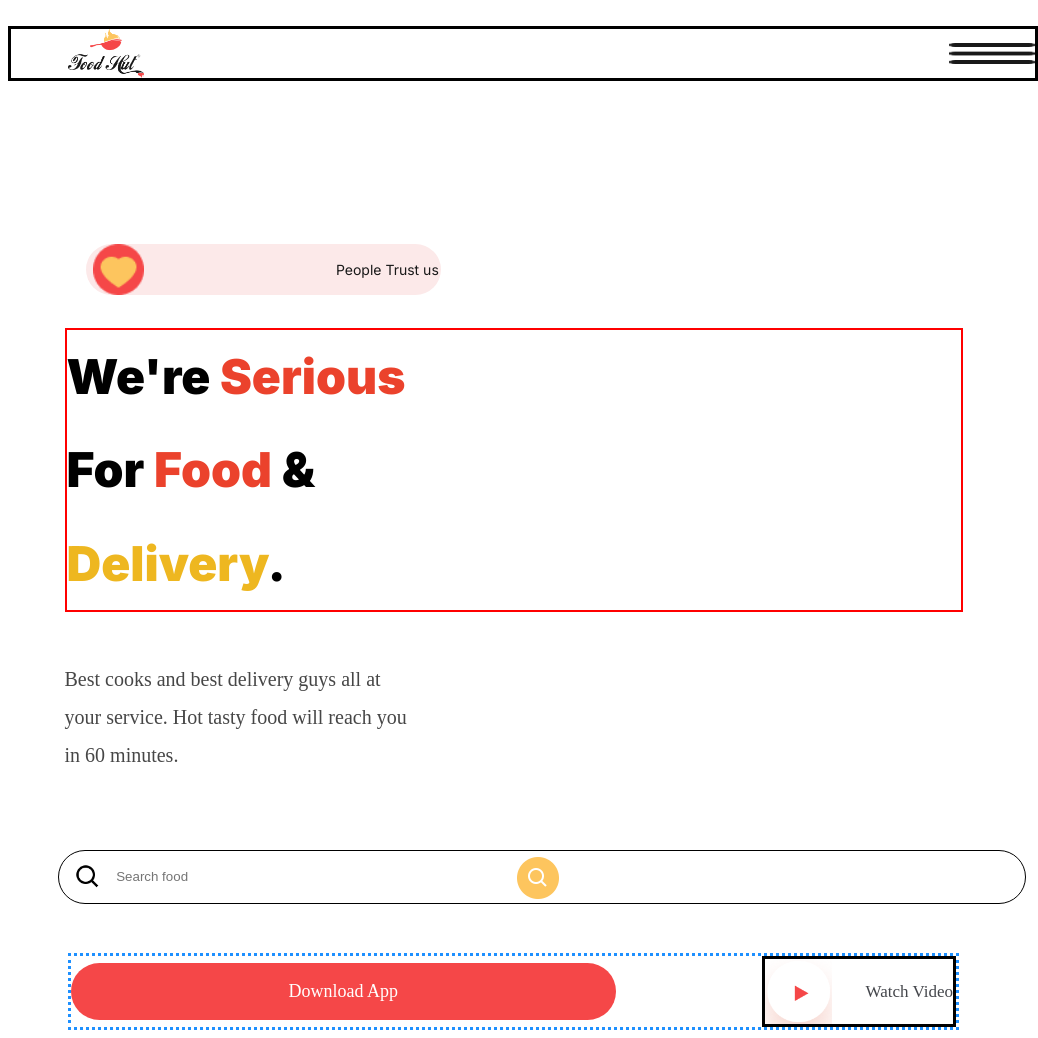
Repository: ReyhanehRahmani/Food-Hut
Page: FoodHut.html
These files come from the project's save history. The page is drawn as it stood at one moment and after the next save; the edit follows.
The browser window is 1024 px wide. The page is 1038 px wide, so the pictures cover 1038 px, including what lies to the right of the window. The pictures show the whole page.
Some web fonts or font styles are not loaded; a fallback is used.

Above is the page before, as saved 2025-05-29 00:08:50.

### FoodHut.html
<!DOCTYPE html>

<html lang="en">

    <head>

    <meta name="viewport" content="width=device-width, initial-scale=1.0" />

        <title>Food Hut</title>

        <link rel="icon" type="image/jpg" href="favicon.png">

        <link rel="preconnect" href="https://fonts.googleapis.com">

        <link rel="stylesheet" href="FoodHut.css">

        <link rel="preconnect" href="https://fonts.googleapis.com">

        <link rel="preconnect" href="https://fonts.gstatic.com" crossorigin>

        <link href="https://fonts.googleapis.com/css2?family=Inter:ital,opsz,wght@0,14..32,100..900;1,14..32,100..900&display=swap" rel="stylesheet">

        <link rel="preconnect" href="https://fonts.googleapis.com">

        <link rel="preconnect" href="https://fonts.gstatic.com" crossorigin>

        <link href="https://fonts.googleapis.com/css2?family=Sofia+Sans:ital,wght@0,1..1000;1,1..1000&display=swap" rel="stylesheet">

    </head>

    <body>

        <div class="headh">
            <img src="favicon.png" alt="Food Hut logo" class="FoodHutLogo">

            <div class="navlaptop">
                    <p class="mm">Today special offers</p>
                    <p class="mm">Why FoodHut</p>
                    <p class="mm">Our Menu</p>
                    <p class="mm">Our Popular food</p>

            </div>
            <div class="downloadbt"><p>Download App</p></div>
            <img src="slider.png" id="slider">
        </div>



        <div class="maincontainer">
            <div class="container1">

                <div id="HeartBox">
                    <img id="Heart" src="ghalb.png" style="margin-left: 3px;" >
                    <p id="trust">People Trust us</p>
                </div>

                <p id="BigBox1">
                    We're <spsn style="color: rgb(235, 66, 44);">Serious</spsn> <br> For <span style="color: rgb(235, 66, 44);">Food</span> & <br><span style="color: rgb(238, 183, 32);">Delivery</span>.
                </p>
                <p id="BigBox1laptop">
                    We're <spsn style="color: rgb(235, 66, 44);">Serious</spsn>  For <br><span style="color: rgb(235, 66, 44);">Food</span> & <span style="color: rgb(238, 183, 32);">Delivery</span>.
                </p>

                <p id="text1">
                    Best cooks and best delivery guys all at <br>your service. Hot tasty food will reach you<br>in 60 minutes.
                </p>
                <p id="text1laptop">
                    Best cooks and best delivery guys all at your <br>service. Hot tasty food will reach you in 60<br>minutes.
                </p>
                <div class="searchbox">
                    <img src="zarebin2.png" id="zarebin2">
                    <input class="inin" type="text" minlength="3" maxlength="30" placeholder="Search food"></input>
                    <button class="butbut"><img src="zarebin.png" id="zarebin"></button>
                </div>


                <div id="PlayBox">
                    <div id="download"><p>Download App</p></div>
                    <div id="bori1">
                    <img src="playb.png" id="PlayButton">
                    <p id="Watch">Watch Video</p>
                    </div>
                </div>

            </div>
            <img src="pic1.png" id="pic1laptop">

        </div>






    </body>

</html>

### FoodHut.css
/*font family - font size - align items like heart*/

@media screen and (max-width: 1279px){



body {
    font-family: "Inter", sans-serif;

}

.headh{
    border: solid;
    display: flex;
    justify-content: space-between;
    width: 100vw;
    height: 6.739130435vh;
    align-items: center;
    margin-top: 2.608695652%;
}


.FoodHutLogo{
    margin-left: 5.607476636%;
    height: 100%;
}

#slider{
    width: 8.411214953%;
    height: 43.548387097%;
}

/*#NavbarSlider{
    margin-top: 41px;
    margin-right: 5.6vw;
    float: right;
    position: fixed;
    border: 2px solid red;
}

.slider{
    width: 36px;
    height: 5px;
    border-radius: 17px;
    display: flex;
    justify-content: space-between;
    flex-direction: column;
    gap: 6px;
    background: rgba(25, 25, 25, 1);
    margin-right: 24px;

}*/



#HeartBox{
    display: flex;
    justify-content: space-between;
    gap: 1.438848921%;
    width: 35.226415094%;
    height: 4.261796043%;
    align-items: center;
    border-radius: 100px;
    white-space: nowrap;
    background-color: #fce9e9;
    margin-top: 16.228070175%;
    margin-left: 7.710280374%;
}

#trust{
    font-weight: 400;
    font-size: 0.875rem;
    line-height: 100%;
    letter-spacing: 0%;
    /*align-items: center;
    justify-content: center;*/
    color: rgba(25, 25, 25, 1);
    margin-right: 2px;

}

#Heart{
    position: static;
    width: 14.288489209%;
    height: 71.428571429%;
    padding-left: 1.168224299%;
    align-self: center;
}

#BigBox1{
    width: 88.785046729%;
    height: 21.058315335%;
    align-content: center;
    margin-top: 3.225806452%;
    margin-left: 5.607476636%;
    border: 2px solid red;
    font-weight: 900;
    font-size: 3rem;
    line-height: 195%;
    letter-spacing: 0%;
    font-family: "Inter";
}

/*#Box1Paragragh{
    font-weight: 900;
    font-size: 48px;
    line-height: 195%;
    letter-spacing: 0%;
}*/

#text1{
    width: 88.551401869%;
    height: 8.804347826%;
    margin-top: 4.347826087%;
    margin-left: 5.607476636%;
    opacity: 0.8;
    font-family: "Sofia Sans";
    font-weight: 400;
    font-size: 1.25rem;
    line-height: 190%;
    letter-spacing: -1%;
    color: #191919;
    white-space: nowrap;

}

#text1laptop{
    display: none;
}

.searchbox{
    border: solid;
    display: flex;
    border-width: 0.5px;
    border-radius: 100px;
    align-items: center;
    height: 8.709677419%;
    margin-top: 4.35483871;
    width: 95.785046729%;
    margin-left: 4.979253112%;
    margin-top: 7.476635514%;

}

.searchbox .inin{
    border: 0px;
    margin-left: 12px;

}

.searchbox .butbut{
    border: 0px;
    background-color: rgba(127, 255, 212, 0);
    margin-left: 22.324840764%;
}

#zarebin{
    height: 42px;
    padding-top: 5px;

}

#zarebin2{
    width: 28px;
    height: 28px;
    margin-left: 15px;

}

#PlayBox{
    display: flex;
    height: 5.652173913%;
    margin-top: 4.838709677%;
    justify-content: space-between;
    gap: 8.244680851%;
    align-items: center;
    border: dodgerblue, dotted;
    width: 87.85046729%;
    margin-left: 5.907476636%;

}

#download{
    width: 65.085106383%;
    border-radius: 100px;
    background-color: #F54748;
    font-family: "Sofia Sans";
    text-align: center;
    margin-top: 1px;
    color: #FFFFFF;
    font-weight: 400;
    font-size: 18px;
    letter-spacing: 0px;
    text-transform: capitalize;

}

#bori1{
    display: flex;
    margin-left: 8.244680851%;
    height: 100%;
    justify-content: space-between;
    gap: 11.475409836%;
    border: solid;
    align-items: center;
}

#Watch{
    font-family: "Sofia Sans";
    font-weight: 300;
    font-size: 17px;
    line-height: 100%;
    letter-spacing: 0%;
    color: #44464b;
    white-space: nowrap;

}

#PlayButton{
    height: 100%;
    width: 35.415300546%;

}

.navlaptop{
    display: none;
}

.downloadbt{
    display: none;
}

#BigBox1laptop{
    display: none;
}

#pic1laptop{
    display: none;
}

}


@media screen and (min-width: 1280px){

body{
    position: relative;
}

.headh{
    display: flex;
    position: relative;
    align-items: center;
    margin-top: 2.46343341%;
}

.headh .FoodHutLogo{
    width: 8.402777778%;
    height: 6.004618938%;
    margin-left: 5.46875%;

}

.navlaptop {
    display: flex;
    gap: 7.575757576%;
    align-items: center;
    margin-left: 20.75%;

}

.navlaptop .mm{
    font-family: "Sofia Sans";
    font-weight: 400;
    font-size: 1.125rem;
    line-height: 100%;
    letter-spacing: 0px;
    text-transform: capitalize;
    color: #191919;
    white-space: nowrap;
}

.downloadbt{
    position: absolute;
    width: 11.25%;
    line-height: 100%;
    height: 57.692307692%;
    border-radius: 100px;
    background-color: #F54748;
    font-family: "Sofia Sans";
    text-align: center;
    margin-top: 1px;
    color: #FFFFFF;
    font-weight: 400;
    font-size: 18px;
    letter-spacing: 0px;
    text-transform: capitalize;
    margin-left: 84.513888889%;


}

.maincontainer{
    display: flex;
    justify-content: space-between;


}

.container1{
    margin-left: 4.861111111%;
    display: block;
    align-content: center;

}

#HeartBox{
    display: flex;
    justify-content: space-between;
    width: 28.226415094%;
    height: 4.261796043%;
    align-items: center;
    border-radius: 100px;
    white-space: nowrap;
    background-color: #fce9e9;
}

#trust{
    margin-right: 2px;
}

#BigBox1laptop{
    font-family: "Inter";
    font-weight: 900;
    font-size: 3.625rem;
    line-height: 100%;
    letter-spacing: 0%;
    margin-top: 3.04414003%;

}

#BigBox1{
    display: none;
}

#Heart{
    height: 20px;
    width: 20px;
}

#trust{
    font-family: Inter;
    font-weight: 400;
    font-size: 0.875rem;
    line-height: 100%;
    letter-spacing: 0%;

}

#text1{
    font-family: "Sofia Sans";
    font-weight: 400;
    font-size: 1.5rem;
    line-height: 100%;
    letter-spacing: -1%;
    opacity: 0.8;
    margin-top: 3.877419355%;
    color: #191919;

}


.searchbox{
    border: solid;
    display: flex;
    border-width: 0.5px;
    border-radius: 100px;
    align-items: center;
    height: 8.709677419%;
    margin-top: 4.35483871;

}

.searchbox .inin{
    border: 0px;
    margin-left: 12px;

}

.searchbox .butbut{
    border: 0px;
    background-color: rgba(127, 255, 212, 0);
    margin-left: 41.324840764%;
}

#zarebin{
    height: 42px;
    padding-top: 5px;

}

#zarebin2{
    width: 28px;
    height: 28px;
    margin-left: 15px;

}

#pic1laptop{
    width: 47.847222222%;
    height: auto;
}

#PlayBox{
    display: flex;
    height: 8.387096774%;
    margin-top: 4.838709677%;
    align-items: center;
}

#download{
    width: 33.085106383%;
    height: 86.538461538%;
    border-radius: 100px;
    background-color: #F54748;
    font-family: "Sofia Sans";
    text-align: center;
    margin-top: 1px;
    color: #FFFFFF;
    font-weight: 400;
    font-size: 18px;
    line-height: 100%;
    letter-spacing: 0px;
    text-transform: capitalize;


}

#bori1{
    display: flex;
    margin-left: 8.244680851%;
    height: 100%;
    justify-content: space-between;
    gap: 11.475409836%;
}

#Watch{
    font-family: "Sofia Sans";
    font-weight: 300;
    font-size: 17px;
    line-height: 100%;
    letter-spacing: 0%;
    color: #686D77;
    white-space: nowrap;

}

#PlayButton{
    height: 100%;
}
}

After the next save:
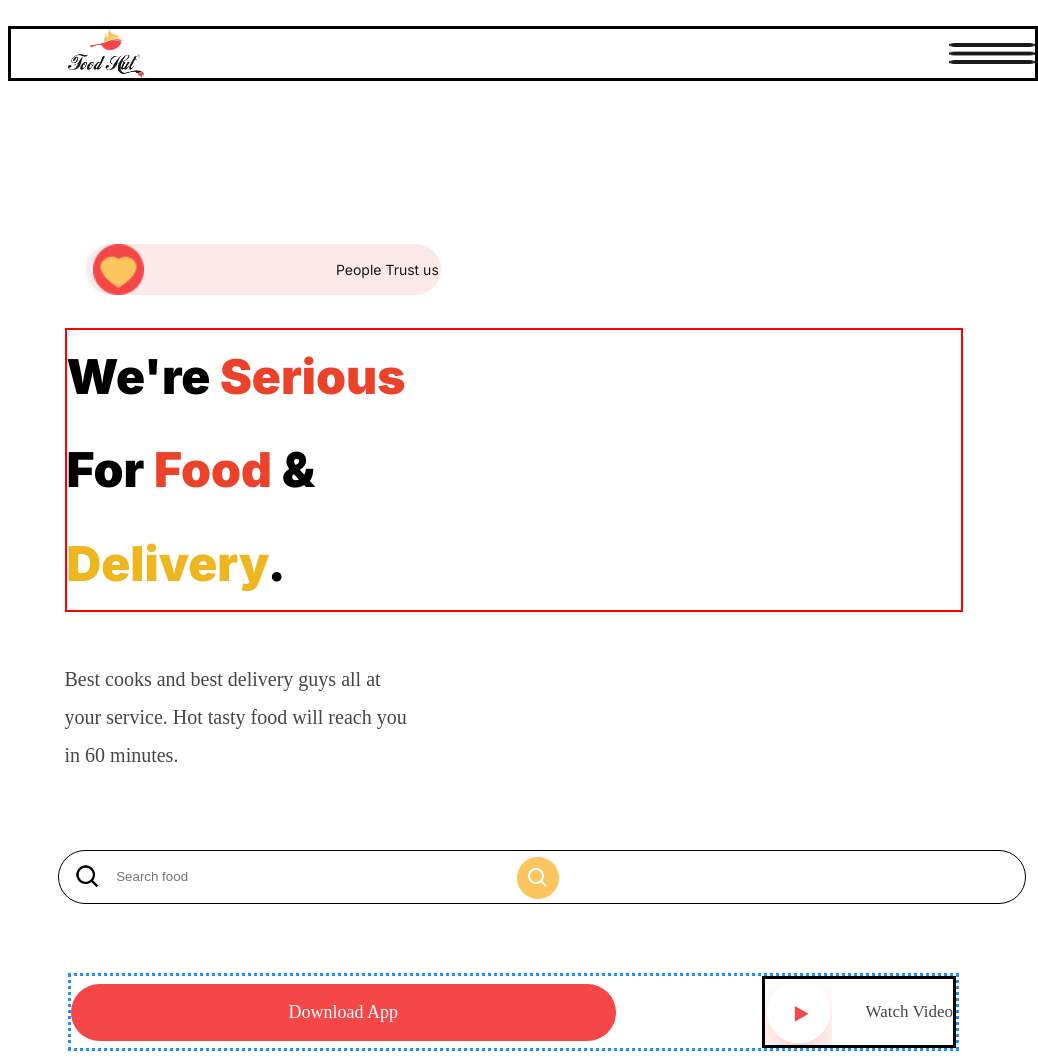
Saved 41 s later.
--- a/FoodHut.css
+++ b/FoodHut.css
@@ -170,7 +170,7 @@ body {
 #PlayBox{
     display: flex;
     height: 5.652173913%;
-    margin-top: 4.838709677%;
+    margin-top: 6.838709677%;
     justify-content: space-between;
     gap: 8.244680851%;
     align-items: center;
